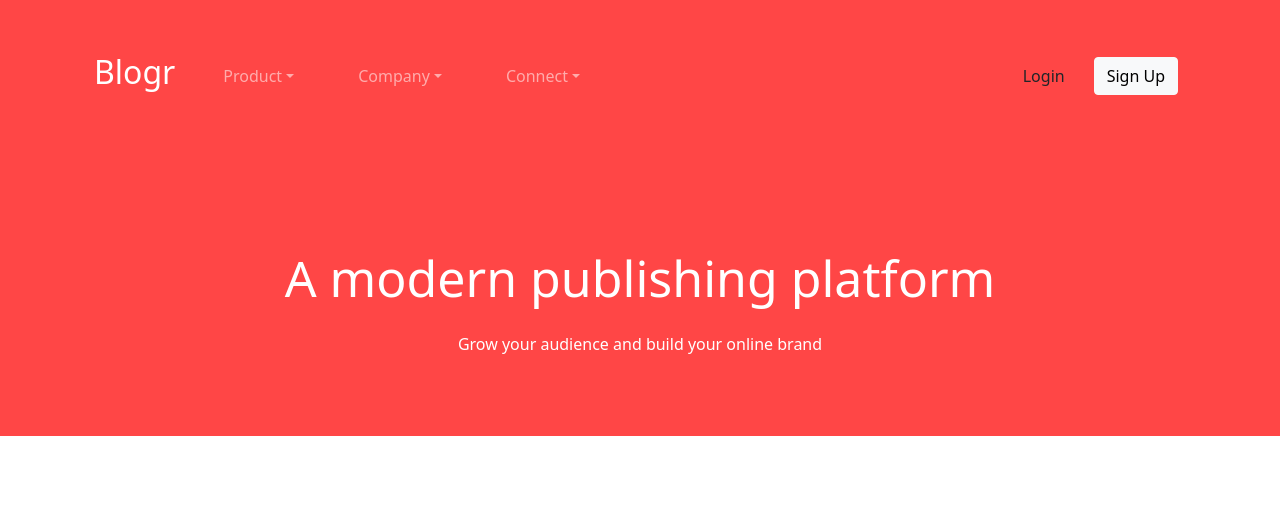
Repository: badhon252/blogr-landing-page
Page: /
These files come from the project's save history. The page is drawn as it stood at one moment and after the next save; the edit follows.
The browser window is 1280 px wide. The pictures show the whole page.
The project was rebuilt for these pictures with package versions that can differ from the ones it lists, and the page was loaded fresh each time.

Above is the page before, as saved 2022-01-17 23:34:59.

After the next save:
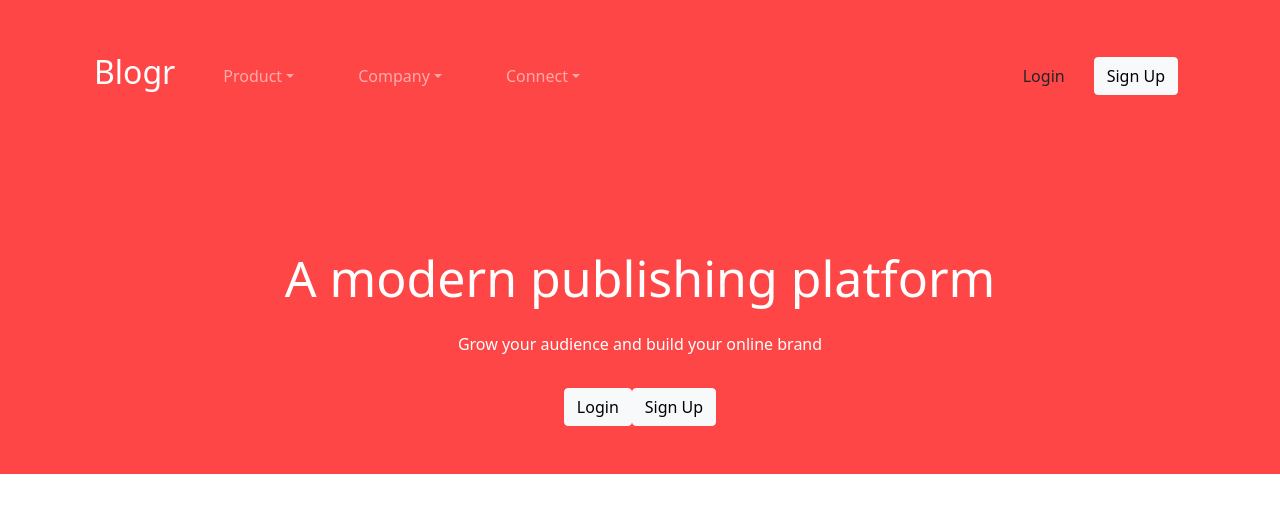
Saved 70 s later.
--- a/src/components/Header/HeaderContent.js
+++ b/src/components/Header/HeaderContent.js
@@ -8,6 +8,12 @@ export default function HeaderContent() {
         <p className="header-p py-3 ">
           Grow your audience and build your online brand
         </p>
+        <button type="button" class="btn btn-light">
+          Login
+        </button>
+        <button type="button" class="btn btn-light">
+          Sign Up
+        </button>
       </div>
     </div>
   );
